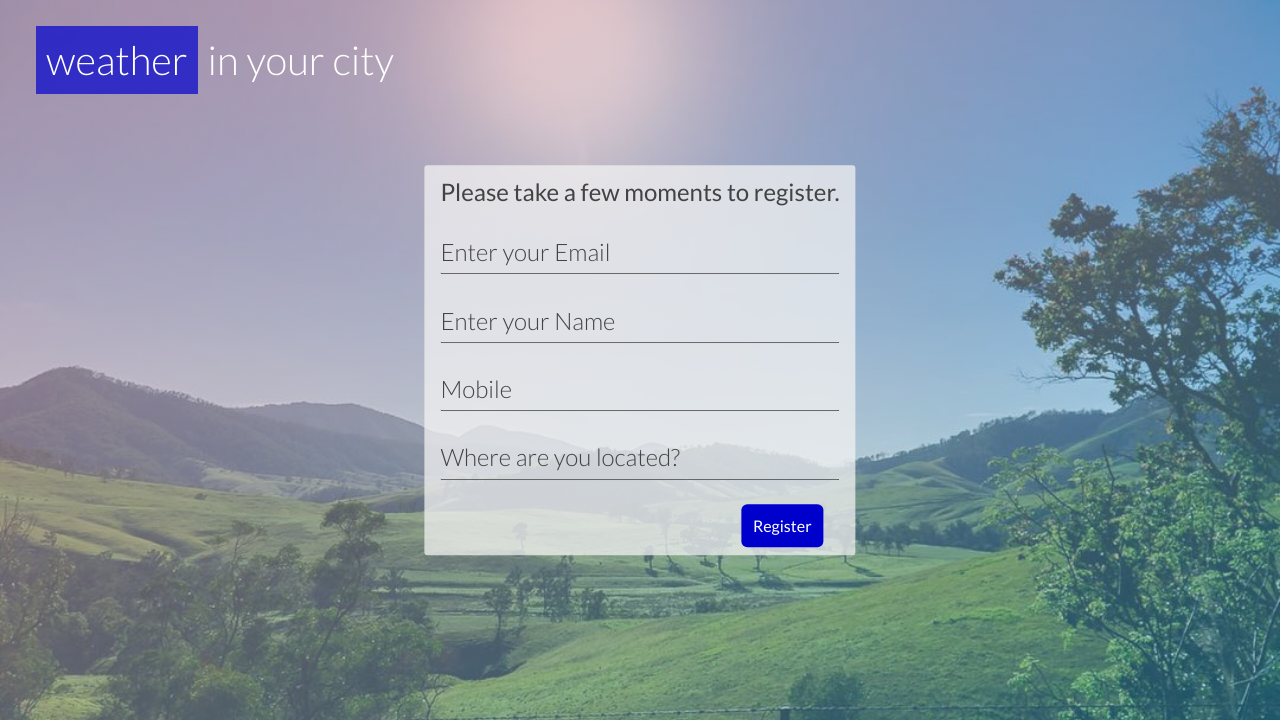
Repository: nosplashurinal/weather-app
Page: /
These files come from the project's save history. The page is drawn as it stood at one moment and after the next save; the edit follows.
The browser window is 1280 px wide. The pictures show the whole page.
The project was rebuilt for these pictures with package versions that can differ from the ones it lists, and the page was loaded fresh each time. Also part of the build but not shown: src/components/RecentSearches.vue, src/components/Search.vue, src/components/WeatherDataBlock.vue, src/components/Login.vue.

Above is the page before, as saved 2018-12-31 18:19:32.

After the next save:
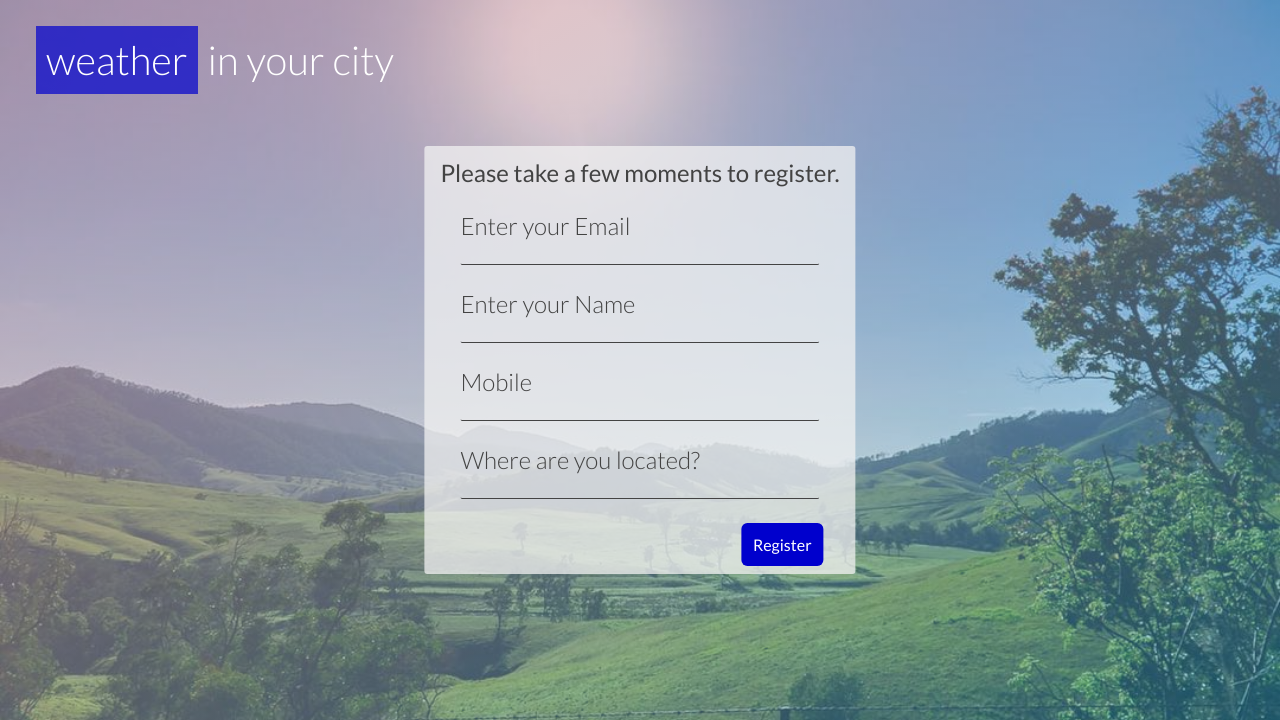
Saved 18 s later.
--- a/src/styles/registration.scss
+++ b/src/styles/registration.scss
@@ -18,7 +18,7 @@
   }
   .fields-container {
     position: relative;
-    padding: 0;
+    padding: 0 1.25em;
     ::-webkit-input-placeholder { /* Chrome/Opera/Safari */
       color: #434343;
     }
@@ -37,7 +37,7 @@
       width: 100%;
       height: auto;
       padding: 0;
-      padding: 0.3em 0;
+      padding-bottom: 1em;
       margin-bottom: 1em;
       &::focus {
         background: transparent;
